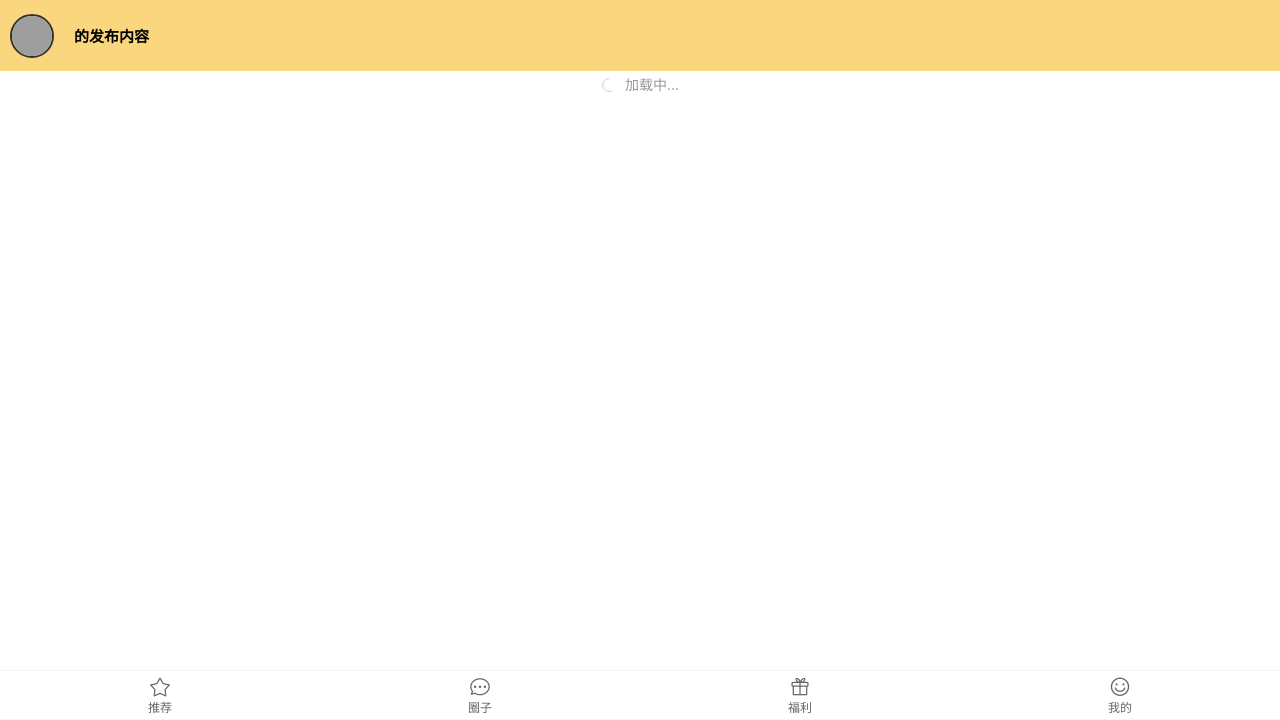
Repository: pbw-langwang/dm
Page: /#/fabu (app in dm_vue/)
An editor plug-in stored every save of this project. The page is shown before and after the next save, followed by the edit.
The browser window is 1280 px wide. The pictures show the whole page.
The page's requests for data from a server got no answer. The project was rebuilt for these pictures with package versions that can differ from the ones it lists, and the page was loaded fresh each time. No one was signed in, and anything a server would have sent is missing. Also part of the build but not shown: dm_vue/src/components/HelloWorld.vue, dm_vue/src/components/video.vue, dm_vue/src/components/setting.vue, dm_vue/src/components/gift.vue, dm_vue/src/components/Regist.vue, dm_vue/src/components/history.vue, dm_vue/src/components/Search.vue, dm_vue/src/components/SearchList.vue and 2 more.

Above is the page before, as saved 2021-06-22 15:56:30.

### dm_vue/index.html
<!DOCTYPE html>
<html>
  <head>
    <meta charset="utf-8">
    <meta name="viewport" content="width=device-width,initial-scale=1.0">
    <title>toutiao</title>
  </head>
  <body>
    <div id="app"></div>
    <!-- built files will be auto injected -->
  </body>
</html>

### dm_vue/src/main.js
// The Vue build version to load with the `import` command
// (runtime-only or standalone) has been set in webpack.base.conf with an alias.
import Vue from 'vue'
import App from './App'
import router from './router'
import Vant from 'vant'
import 'vant/lib/index.css'
import axios from 'axios'
import VueAxios from 'vue-axios'

Vue.use(VueAxios, axios)
Vue.use(Vant);

axios.defaults.baseURL = 'http://localhost:8080/dm/';
axios.defaults.withCredentials = true;

Vue.config.productionTip = false

Vue.filter("dateFormat", function (dateStr, pattern = "") {
    var dt = new Date(dateStr);
    var y = dt.getFullYear();
    var m = dt.getMonth() + 1;
    var d = dt.getDate();
    if (pattern.toLowerCase() == "yyyy-mm-dd") {
        return `${y}年${m}月${d}日`
    } else {
        var hh = dt.getHours();
        var mm = dt.getMinutes();
        var ss = dt.getSeconds();
        return `${y}年${m}月${d}日 ${hh}:${mm}:${ss}`
    }
})

/* eslint-disable no-new */
new Vue({
    el: '#app',
    router,
    components: { App },
    template: '<App/>'
})

### dm_vue/src/App.vue
<template>
  <div id="app">
    <router-view />

    <van-tabbar v-model="active" route>
      <van-tabbar-item name="home" to="/" icon="star-o">推荐</van-tabbar-item>
      <van-tabbar-item name="search" to="/video" icon="chat-o"
        >圈子</van-tabbar-item
      >
      <van-tabbar-item name="search" to="/gift" icon="point-gift-o"
        >福利</van-tabbar-item
      >
      <van-tabbar-item name="setting" to="/setting" icon="smile-o"
        >我的</van-tabbar-item
      >
    </van-tabbar>
  </div>
</template>

<script>
export default {
  name: "App",
  data() {
    return {
      active: "home",
    };
  },
};
</script>

### dm_vue/src/router/index.js
import Vue from 'vue'
import Router from 'vue-router'
import HelloWorld from '@/components/HelloWorld'
import video from '@/components/video'
import setting from '@/components/setting'
import Gift from '@/components/gift'
import Regist from '@/components/Regist'
import History from "@/components/History"
import Search from "@/components/Search"
import SearchList from "@/components/SearchList"
import Postdetail from "@/components/Postdetail"
import Authord from "@/components/Authord"
import fabu from "@/components/fabu"

Vue.use(Router)

export default new Router({
    routes: [{
            path: '/',
            name: 'HelloWorld',
            component: HelloWorld
        },
        {
            path: '/video',
            name: 'Video',
            component: video
        },
        {
            path: '/setting',
            name: 'setting',
            component: setting
        },
        {
            path: "/gift",
            name: "gift",
            component: Gift
        },
        {
            path: "/Regist",
            name: "Regist",
            component: Regist
        }, {
            path: "/History",
            name: "History",
            component: History
        }, {
            path: "/Search",
            name: "Search",
            component: Search
        }, {
            path: "/SearchList/:value",
            name: "SearchList",
            component: SearchList
        }, {
            path: "/Postdetail/:value",
            name: "Postdetail",
            component: Postdetail
        },
        {
            path: "/Authord/:value",
            name: "Authord",
            component: Authord
        },
        {
            path: "/fabu",
            name: "fabu",
            component: fabu
        }
    ]
})

### dm_vue/src/components/fabu.vue
<template>
  <div>
    <div class="top">
      <img :src="picIp+userimg" />
      <p class="name">{{username}} 的发布内容</p>


    </div>

    <van-pull-refresh v-model="refreshing" @refreshing="onRefresh">
      <van-list
        v-model="loading"
        :finished="finished"
        finished-text="没有更多"
        @load="onLoad"
      >
        <van-cell v-for="item in list" :key="item.postid">
          <div class="contentList" @click="gotopostdetail(item.postid)">
            <p style="margin: 5px 0">{{item.postcontent}}</p>
            <img style="width: 80%" :src="picIp+item.postimg"/>
          </div>
        </van-cell>
      </van-list>
    </van-pull-refresh>
  </div>
</template>

<script>
export default {
    name:"fabu",
    data(){
        return {
            picIp:"http://localhost:8080/pic/",
            pageIndex:1,
            list:[],
            userimg:localStorage.getItem("userImg"),
            username:localStorage.getItem("username"),
            loading:false,
            finished:false,
            refreshing:false,
        }
    },
    mounted(){

    },
    methods:{
        gotopostdetail(postId){
          this.$router.push("Postdetail/"+postId);
        },

        onLoad(){
          if(this.refreshing){
            this.list=[];
            this.refreshing=false;
          }
          this.axios.get("userpost/getByid?current="+this.pageIndex+"&size=3&username="+localStorage.getItem("username")).then((response)=>{
            this.list=this.list.concat(response.data.records);
            this.loading=false;
            if(this.pageIndex>=response.data.pages){
                this.finished=true;
            }
            this.pageIndex++;
          })
        },
        onRefresh(){
            this.finished=false;
            this.pageIndex=1;
            this.loading=true;
            this.onLoad();
        },
    }
}
</script>

<style scoped>
.top{
  width: 100%;
  display: flex;
  align-items: center;
  padding: 10px;
  position: fixed;
  top: 0;
  background-color: rgb(250,214,126);
}
.top img{
  width: 40px;
  height: 40px;
  border-radius: 50%;
  border: #333 solid 2px;
}
.top p:nth-child(2){
  flex: 1;
  margin-left: 20px;
  font-size: 15px;
  font-weight: 700;
}


.van-pull-refresh{
  margin-top: 60px;
}

.contentList{
  margin-bottom: 30px;
  border-bottom: #999 solid 5px;
}
</style>

After the next save:
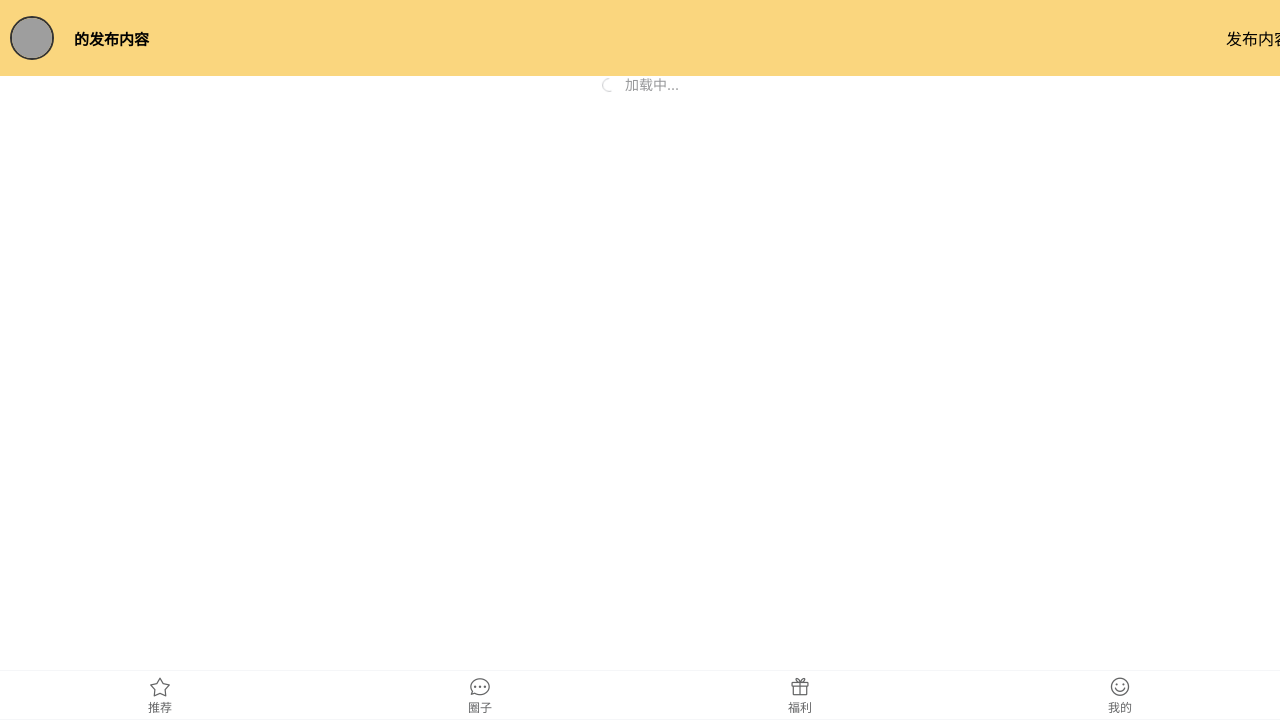
Saved 77 s later.
--- a/dm_vue/src/components/fabu.vue
+++ b/dm_vue/src/components/fabu.vue
@@ -3,8 +3,7 @@
     <div class="top">
       <img :src="picIp+userimg" />
       <p class="name">{{username}} 的发布内容</p>
-
-
+      <p>发布内容</p>
     </div>
 
     <van-pull-refresh v-model="refreshing" @refreshing="onRefresh">
@@ -88,6 +87,12 @@ export default {
   border-radius: 50%;
   border: #333 solid 2px;
 }
+.top p:nth-child(2).name{
+  flex: 1;
+  margin-left: 20px;
+  font-size: 15px;
+  font-weight: 700;
+}
 .top p:nth-child(2){
   flex: 1;
   margin-left: 20px;
